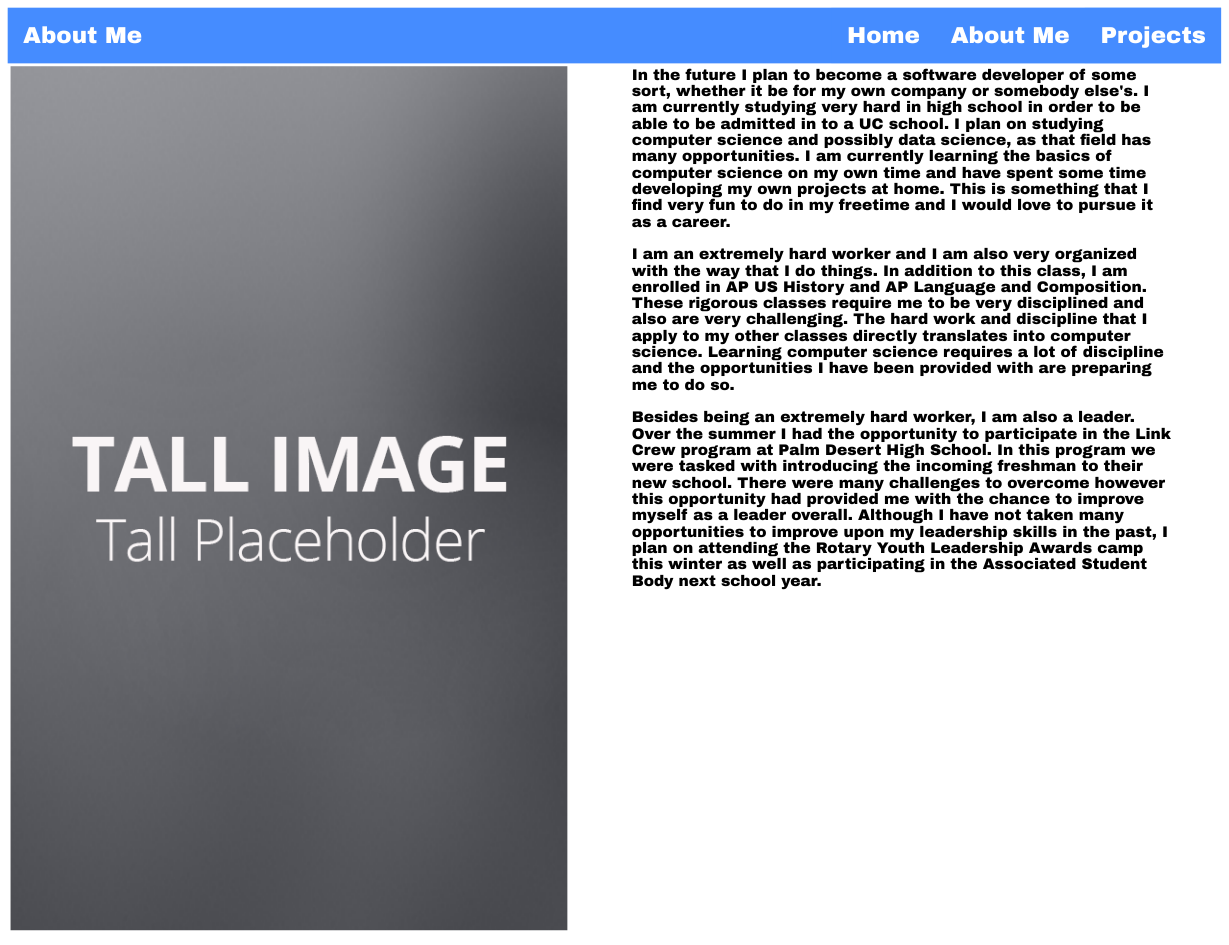
Repository: br4y/br4y.github.io
Page: about.html
The author's editor kept a record of every edit. The page is drawn from the files as they stood at one moment, then again after the next edit.
The browser window is 1280 px wide. The pictures show the whole page, at 96% of full size.

Above is the page before.

After the next edit:
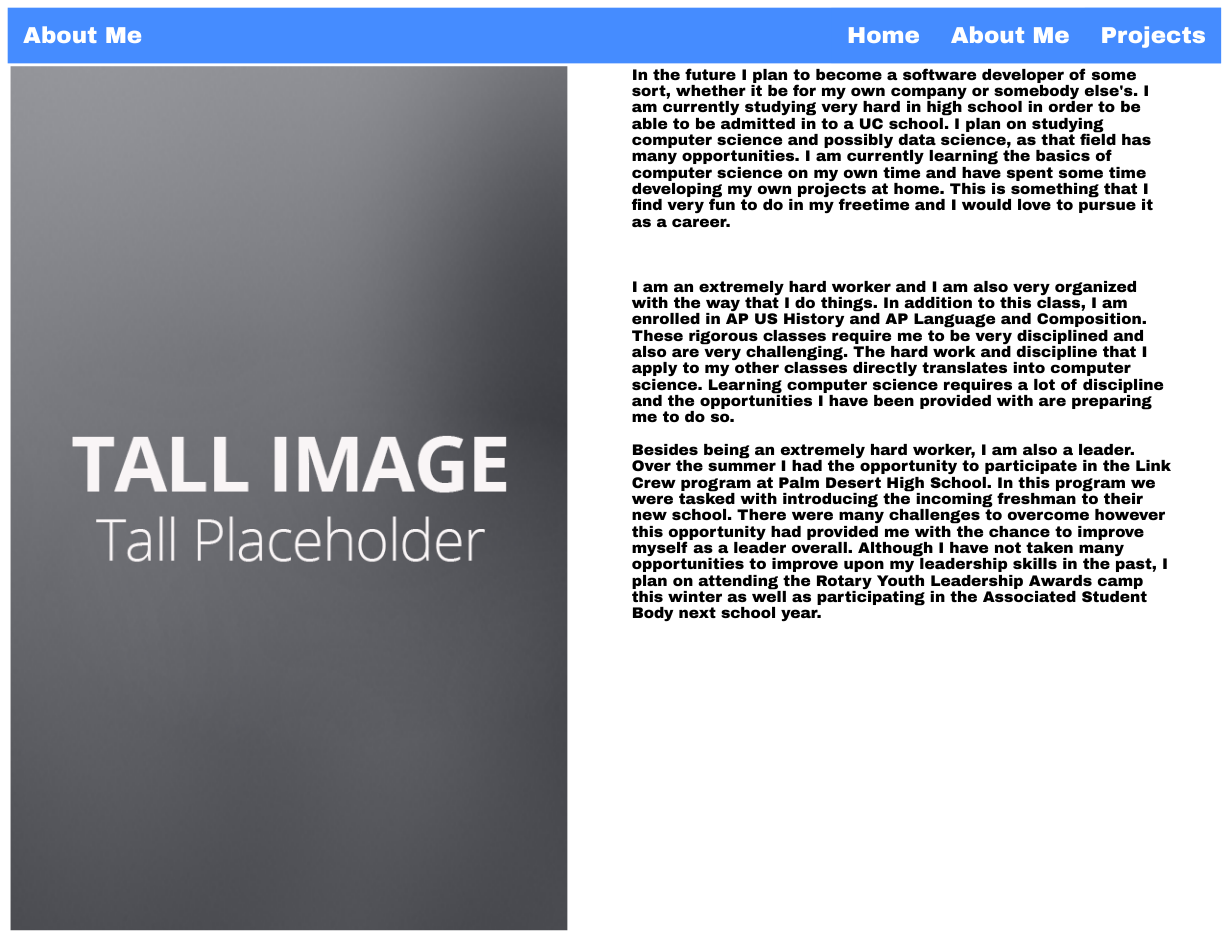
The edit:
--- a/about.html
+++ b/about.html
@@ -25,7 +25,7 @@
                     <td class="portrait"><img src="images/placeholder-image-tall.png"></img></td>
                     <td class="about-text">
                        In the future I plan to become a software developer of some sort, whether it be for my own company or somebody else's. I am currently studying very hard in high school in order to be able to be admitted in to a UC school. I plan on studying computer science and possibly data science, as that field has many opportunities. I am currently learning the basics of computer science on my own time and have spent some time developing my own projects at home. This is something that I find very fun to do in my freetime and I would love to pursue it as a career.
-                       <br></br>
+                       <br></br><br></br>
                        I am an extremely hard worker and I am also very organized with the way that I do things. In addition to this class, I am enrolled in AP US History and AP Language and Composition. These rigorous classes require me to be very disciplined and also are very challenging. The hard work and discipline that I apply to my other classes directly translates into computer science. Learning computer science requires a lot of discipline and the opportunities I have been provided with are preparing me to do so.
                        <br></br>
                        Besides being an extremely hard worker, I am also a leader. Over the summer I had the opportunity to participate in the Link Crew program at Palm Desert High School. In this program we were tasked with introducing the incoming freshman to their new school. There were many challenges to overcome however this opportunity had provided me with the chance to improve myself as a leader overall. Although I have not taken many opportunities to improve upon my leadership skills in the past, I plan on attending the Rotary Youth Leadership Awards camp this winter as well as participating in the Associated Student Body next school year.
